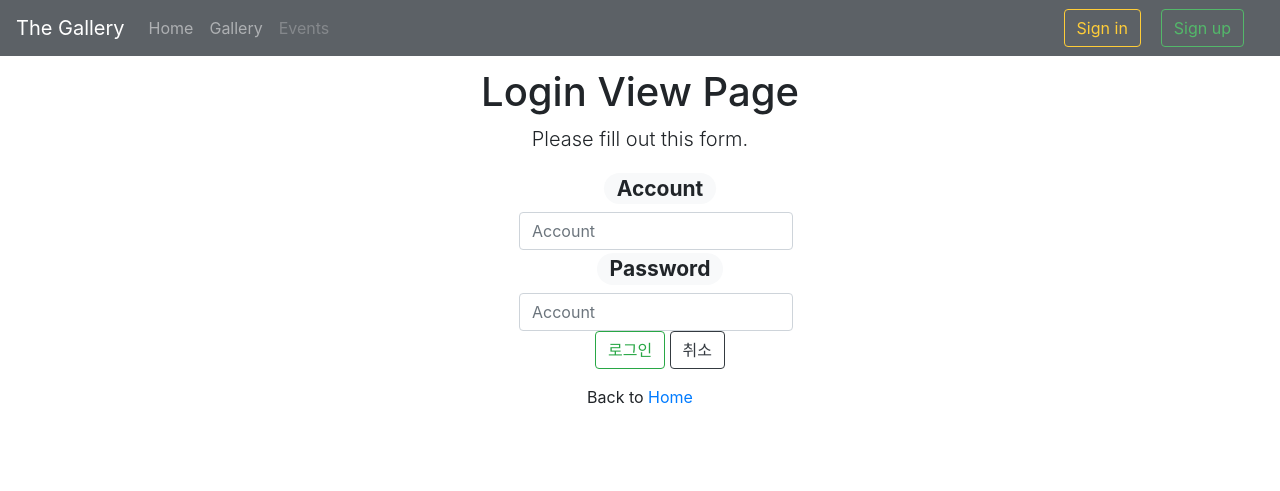
Repository: caramelsyrup/SpringProject1
Page: http://localhost/gallery/WEB-INF/views/customLogin.jsp
These files come from the project's save history. The page is drawn as it stood at one moment and after the next save; the edit follows.
The browser window is 1280 px wide. The pictures show the whole page.
The page is served by Tomcat 9. Nobody is signed in. Other server files are loaded and not shown. The template is opened directly, without the code that normally fills it, so the values that code supplies are empty.

Above is the page before, as saved 2020-11-17 05:50:18.

### gallery/src/main/webapp/WEB-INF/views/customLogin.jsp
<%@ page language="java" contentType="text/html; charset=UTF-8" pageEncoding="UTF-8"%>
<%@ include file="/resources/includes/header.jsp" %>
<title>로그인화면</title>
</head>
<main role="main" class="flex-shrink-1" style="margin-top: 20px">
  <div class="container" align="center">
    <h1 class="mt-5">Login View Page</h1>
    <p class="lead">Please fill out this form.</p>
    <form class="form-inline mt-2 mt-md-0" action="login" method="post" id="loginForm">
    	<ul style="list-style: none; margin-left: auto; margin-right: auto;">
    		<li>
    			<h3><span class="badge badge-pill badge-light">Account</span></h3>
        		<input class="form-control mr-sm-2" type="text" placeholder="Account" aria-label="Search" name="username" id="username">
    		</li>
    		<li>
    			<h3><span class="badge badge-pill badge-light">Password</span></h3>
	    		<input class="form-control mr-sm-2" type="text" placeholder="Account" aria-label="Search" name="password" id="password">
    		</li>
    		<li>
    			<ul>

    			</ul>
		        <input class="btn btn-outline-success my-2 my-sm-0" type="button" id="btnLogin" value="로그인">
		        <input class="btn btn-outline-dark my-2 my-sm-0" type="reset" value="취소">
		    </li>
    	</ul>
      </form>
   <p>Back to <a href="/">Home</a></p>
  </div>

	<script type="text/javascript" src="/resources/js/login.js"></script>
</main>

</body>
</html>

### gallery/src/main/webapp/resources/includes/header.jsp
<%@ taglib prefix="c" uri="http://java.sun.com/jsp/jstl/core" %>
<!DOCTYPE html>
<html>
<head>
<meta charset="UTF-8">
    <meta charset="utf-8">
    <meta name="viewport" content="width=device-width, initial-scale=1, shrink-to-fit=no">
    <meta name="description" content="">
    <meta name="author" content="Mark Otto, Jacob Thornton, and Bootstrap contributors">
    <meta name="generator" content="Jekyll v4.1.1">
<script src="https://code.jquery.com/jquery-3.5.1.js" integrity="sha256-QWo7LDvxbWT2tbbQ97B53yJnYU3WhH/C8ycbRAkjPDc=" crossorigin="anonymous"></script>
<!-- Latest compiled and minified CSS -->
<link rel="stylesheet" href="https://stackpath.bootstrapcdn.com/bootstrap/4.5.2/css/bootstrap.min.css">
<!-- Latest compiled JavaScript -->
<script src="https://stackpath.bootstrapcdn.com/bootstrap/4.5.2/js/bootstrap.min.js"></script>
</head>
<!-- 최상단 -->
<body class="d-flex flex-column h-100">
    <header>
  <!-- Fixed navbar -->
  <nav class="navbar navbar-expand-md navbar-dark fixed-top bg-dark" style="opacity: 0.8;">
    <a class="navbar-brand" href="/">The Gallery</a>
    <button class="navbar-toggler" type="button" data-toggle="collapse" data-target="#navbarCollapse" aria-controls="navbarCollapse" aria-expanded="false" aria-label="Toggle navigation">
      <span class="navbar-toggler-icon"></span>
    </button>
    <div class="collapse navbar-collapse" id="navbarCollapse">
      <ul class="navbar-nav mr-auto">
        <li class="nav-item">
          <a class="nav-link" href="/">Home <!-- <span class="sr-only">(current)</span> --> </a>
        </li>
        <li class="nav-item">
          <a class="nav-link" href="/gallery/list">Gallery</a>
        </li>
        <c:choose>
	        <c:when test="${member.auth==0||member.auth==1}">
	        	<li class="nav-item">
		          <a class="nav-link" href="/events/elist">Events</a>
		        </li>
	        </c:when>
			<c:otherwise>
				<li class="nav-item">
		          <a class="nav-link disabled" href="/events/elist"  aria-disabled="true">Events</a>
		        </li>
			</c:otherwise>
        </c:choose>

	    <c:if test="${member.auth==0}">
	     <li class="nav-item">
	      <a class="nav-link" href="/member/memberInfo/${member.username}">Info</a>
	     </li>
	    </c:if>
	    <c:if test="${member.auth==1}">
	     <li class="nav-item">
	      <a class="nav-link" href="/member/allmember">All Member</a>
	     </li>
	     <li class="nav-item">
	      <a class="nav-link disabled" href="/member/allReser"  aria-disabled="true">All Reservation</a>
	     </li>
	    </c:if>

      </ul>
       <c:choose>
       	<c:when test="${empty member.username}">
       		<a class="btn btn-outline-warning my-2 my-sm-0" href="/member/createMember" style="margin-right: 20px">Sign in</a>
      		<a class="btn btn-outline-success my-2 my-sm-0" href="/customLogin" style="margin-right: 20px">Sign up</a>
      	</c:when>
      	<c:otherwise>
        	<a class="btn btn-outline-success my-2 my-sm-0" href="/customLogout">Logout</a>
        </c:otherwise>
       </c:choose>
    </div>
  </nav>
</header>

### gallery/src/main/webapp/resources/js/login.js
$(document).ready(function(){


	$("#btnLogin").click(function(){
		var userID = $("#username").val();
		var password = $("#password").val();
		if(userID==""){
			alert('아이디를 입력하세요!');
			$("#username").focus();
			return false;
		}
		if(password==""){
			alert('비밀번호를 입력하세요!');
			$("#password").focus();
			return false;
		}
		// 로그인 판단
		loginDo($("#username").val(),$("#password").val());
	});


});

function loginDo(username,password){
	// 값이 있으면, 해당 컨트롤러에서 처리후 결과 받음
		$.ajax({
			type:"POST",
			url:"/login",
			data:{"username":username,"password":password}
		})
		.done(function(resp){
			if(resp=="go"){
				alert('Welcome!');
				location.href="/";
			}else{
				alert('Pleae check your info');
			}
		})
		.fail(function(e){
			alert("Please Check your Account");
		});
}

After the next save:
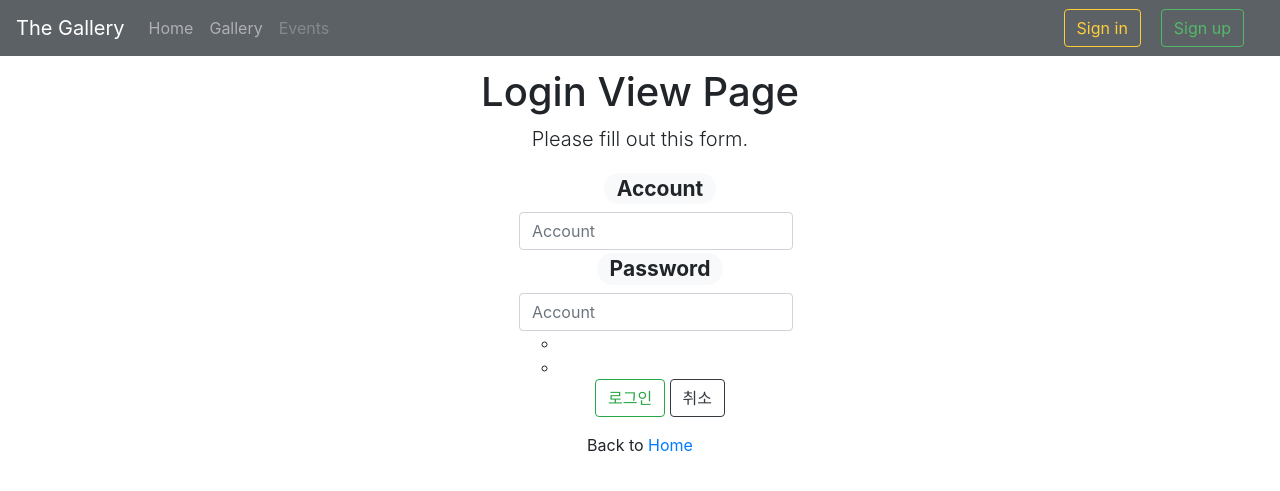
Saved 15 s later.
--- a/gallery/src/main/webapp/WEB-INF/views/customLogin.jsp
+++ b/gallery/src/main/webapp/WEB-INF/views/customLogin.jsp
@@ -18,7 +18,8 @@
     		</li>
     		<li>
     			<ul>
-
+    				<li></li>
+    				<li></li>
     			</ul>
 		        <input class="btn btn-outline-success my-2 my-sm-0" type="button" id="btnLogin" value="로그인">
 		        <input class="btn btn-outline-dark my-2 my-sm-0" type="reset" value="취소">
